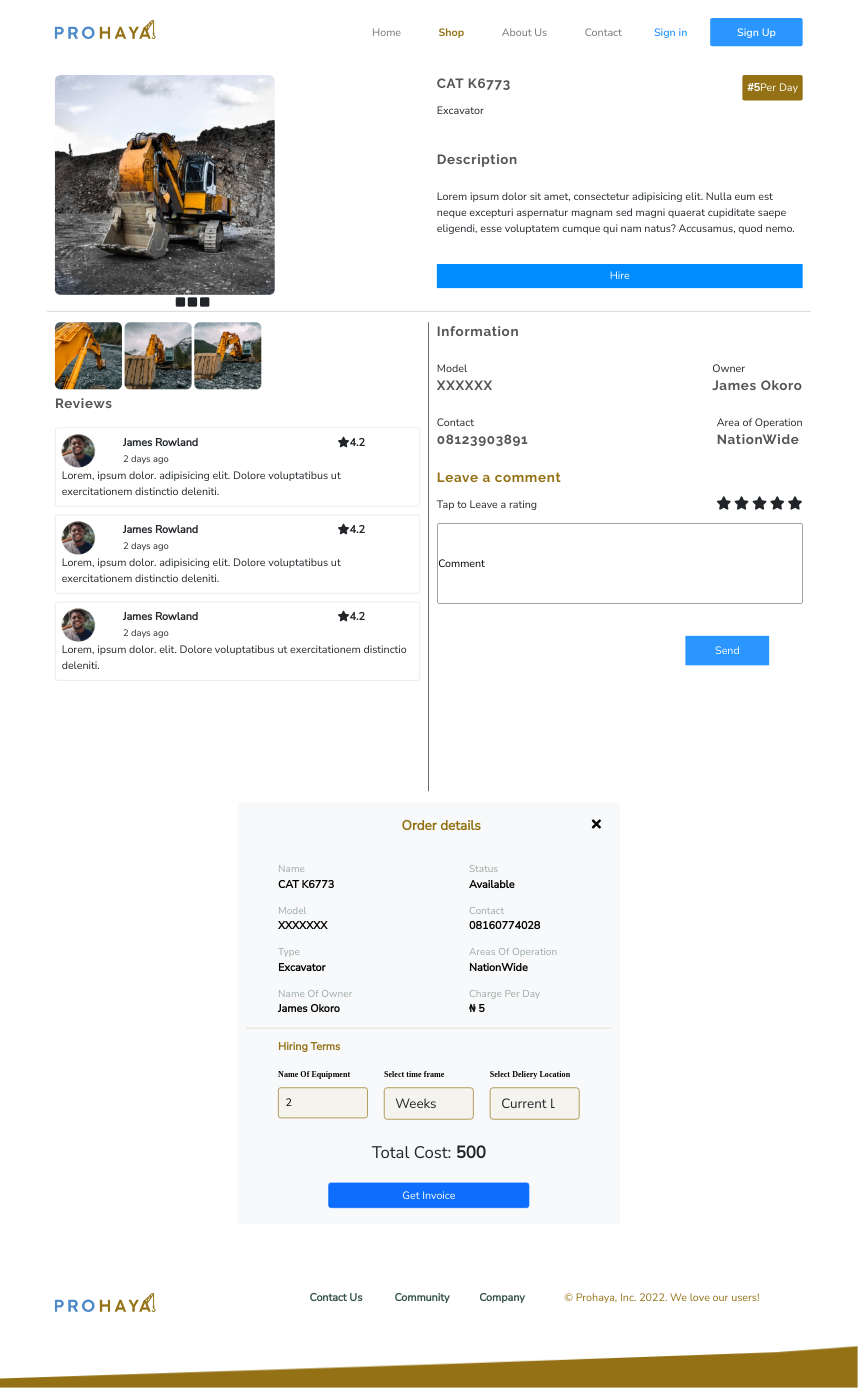
Repository: stormcelltech/Prohaya-UI
Page: equipdetails.html
The author's editor kept a copy of each file at every save. The page is drawn from the files as they stood at one save, then again after the next save.
The browser window is 1280 px wide. The pictures show the whole page, at 67% of full size.
Some web libraries are served in a nearby version.

Above is the page before, as saved 2022-04-21 04:26:27.
Console error: TypeError: $(...).owlCarousel is not a function

### equipdetails.html
<!DOCTYPE html>
<html lang="en">
<head>
    <meta charset="UTF-8">
    <meta http-equiv="X-UA-Compatible" content="IE=edge">
    <meta name="viewport" content="width=device-width, initial-scale=1.0">
    <title>Equipment Details</title>
    <script src="./assets/js/jquery-3.6.0.js"></script>
    <script src="./assets/bootstrap/dist/js/bootstrap.bundle.js"></script>
    <link rel="stylesheet" href="assets/bootstrap/dist/css/bootstrap.css">
    <link rel="stylesheet" href="./assets/css/custom.css">
    <link rel="stylesheet" href="./assets/css/carousel.css">
    <script src="https://kit.fontawesome.com/151ccf5101.js" crossorigin="anonymous"></script>
    <link rel="stylesheet" href="assets/fontawesome/css/all.css">

</head>

<body>
    <nav class="navbar navbar-expand-lg navbar-light custom-navWidth bg-light">
        <div class="container">
            <a class="navbar-brand" href="#"><img src="assets/img/logo/logo.png" class="logo" alt=""></a>
            <button class="navbar-toggler" type="button" data-bs-toggle="collapse" data-bs-target="#navbarSupportedContent" aria-controls="navbarSupportedContent" aria-expanded="false" aria-label="Toggle navigation">
            <span class="navbar-toggler-icon"></span>
          </button>
            <div class="collapse navbar-collapse" id="navbarSupportedContent">
                <ul class="navbar-nav custom-nav-link ms-auto mb-2 mb-lg-0">
                    <li class="nav-item">
                        <a class="nav-link" aria-current="page" href="#">Home</a>
                    </li>
                    <li class="nav-item">
                        <a class="nav-link active custom-active" href="shop.html">Shop</a>
                    </li>

                    <li class="nav-item">
                        <a class="nav-link" href="#">About Us</a>
                    </li>

                    <li class="nav-item">
                        <a class="nav-link" href="#">Contact</a>
                    </li>
                </ul>
                <div class="custom-nav-btn-container">
                    <a href="login.html" class="signin-link">Sign in</a>
                    <a href="signup.html" class="custom-btn-primary">Sign Up</a>
                </div>
            </div>
        </div>
    </nav>




        <div class="equip-detail py-3">
           <div class="flexend"> <!--row-->
                <!-- <div class="spann">  -->
                   <!-- <img src="./assets/img/background/Vector.png" alt="">
                </div> -->

              <div class="equipmain "> <!--col col-md-8 col-sm-12 -->
                <div class="container">
                    <div class="row">
                         <div class="img-main col col-sm-12 col-md-6">
                             <img src="./assets/img/background/unsplash_1je5j4aN2RI.jpg">
                              <div class="dots">
                                <i class="fa-solid fa-square"></i>
                                <i class="fa-solid fa-square"></i>
                                <i class="fa-solid fa-square"></i>
                              </div>
                         </div>
                         <div class="col col-md-6 col-sm-12">
                            <div class="direct">
                                <div class="left">
                                    <h4><strong>CAT K6773</strong></h4>
                                    <p>Excavator</p>
                                </div>
                                <div class="right">
                                      <button class="mybtn" style="color: white;"><strong>#5</strong>Per Day</button>
                                </div>
                            </div>
                            <div class="text-area py-3">
                                <h4 class="py-3"><strong>Description</strong></h4>
                                <p class="pb-4">Lorem ipsum dolor sit amet, consectetur adipisicing elit.
                                   Nulla eum est neque excepturi aspernatur magnam sed magni
                                   quaerat cupiditate saepe eligendi, esse voluptatem cumque
                                   qui nam natus? Accusamus, quod nemo.</p>
                                   <div class="mybtn">Hire</div>
                            </div>
                         </div>
                    </div>
                    <div class="two">


                        <div class="row flex">
                            <hr>
                            <div class="left col col-md-6 col-sm-12">
                               <img src="./assets/img/background/unsplash_fO58WAxzE68.jpg" alt="">
                               <img src="./assets/img/background/unsplash_hGncIpZnSBw.jpg" alt="">
                               <img src="./assets/img/background/unsplash_WoZs8gGyQBY.jpg" alt="">
                               <h4 class="py-2"><strong>Reviews</strong></h4>
                               <div class="border">
                                   <div class="row ">
                                       <div class="col col-md-2 col-sm-12"><img src="./assets/img/background/unsplash_2EGNqazbAMk.jpg" alt="" style="width:50px ;"></div>
                                       <div class="col col-md-7 col-sm-12"><strong>James Rowland</strong><br><span class="primary"><small>2 days ago</small></span></div>
                                       <div class="col col-md-3 col-sm-12"><i class="fa-solid fa-star"></i><strong>4.2</strong></div>
                                   </div>
                                    Lorem, ipsum dolor. adipisicing elit. Dolore voluptatibus ut exercitationem distinctio deleniti.
                               </div>
                               <div class="border">
                                   <div class="row ">
                                       <div class="col col-md-2 col-sm-12"><img src="./assets/img/background/unsplash_2EGNqazbAMk.jpg" alt="" style="width:50px ;"></div>
                                       <div class="col col-md-7 col-sm-12"><strong>James Rowland</strong><br><span><small>2 days ago</small></span></div>
                                       <div class="col col-md-3 col-sm-12"><i class="fa-solid fa-star"></i><strong>4.2</strong></div>
                                   </div>
                                   Lorem, ipsum dolor. adipisicing elit. Dolore voluptatibus ut exercitationem distinctio deleniti.
                               </div>
                               <div class="border">
                                   <div class="row ">
                                       <div class="col col-md-2 col-sm-12"><img src="./assets/img/background/unsplash_2EGNqazbAMk.jpg" alt="" style="width:50px ;"></div>
                                       <div class="col col-md-7 col-sm-12"><strong>James Rowland</strong><br><span><small>2 days ago</small></span></div>
                                       <div class="col col-md-3 col-sm-12"><i class="fa-solid fa-star"></i><strong>4.2</strong></div>
                                   </div>
                                  Lorem, ipsum dolor. elit. Dolore voluptatibus ut exercitationem distinctio deleniti.
                               </div>
                            </div>

                            <div class="right col col-md-6 col-sm-12">
                                <h4><strong>Information</strong></h4>
                                <div class="flex-item pt-3">
                                    <div class="one">Model<h4><strong>XXXXXX</strong></h4></div>
                                    <div class="two">Owner<h4><strong>James Okoro</strong></h4></div>
                                </div>
                                <div class="flex-item pt-3">
                                    <div class="one">Contact<h4><strong>08123903891</strong></h4></div>
                                    <div class="two">Area of Operation<h4><strong>NationWide</strong></h4></div>
                                </div>
                                <h4 class="pt-3" style="color: #937114;"><strong>Leave a comment</strong></h4>
                                <div class="star-area">
                                    <div class="rate"><p>Tap to Leave a rating</p></div>
                                    <div class="rate">
                                        <i class="fa-solid fa-star"></i>
                                        <i class="fa-solid fa-star"></i>
                                        <i class="fa-solid fa-star"></i>
                                        <i class="fa-solid fa-star"></i>
                                        <i class="fa-solid fa-star"></i>
                                    </div>
                                </div>
                                <form class="equip-detail-form">
                                    <input type="text" id="fname" name="firstname" placeholder="Comment">
                                </form>
                                <button class="mybttn mt-5">Send</button>

                            </div>


                        </div>


                   </div>
                </div>

              </div>

                <!-- <div class="spa">
                    <img src="./assets/img/background/Vector.jpg" alt="">
                </div> -->
           </div>
        </div>






    <section class="">
        <div class="container">
            <div class="row  justify-content-center">
                <div class="col-md-6 bg-light">
                    <div class="row  custom-order px-3">
                        <div class="col-8 my-4"><span class="custom-det my-4">Order details</span></div>
                        <div class="col-4 my-4"><a href="#"><i class="fas fa-xmark custom-xmark "></i></a></div>
                    </div>
                    <div class="row my-3">
                        <div class="col-6">
                            <div class="row px-5 text-start">
                                <span class="custom-name-span">Name</span>
                                <span class="custom-cat-span ">CAT K6773</span>
                            </div>
                        </div>
                        <div class="col-6">
                            <div class="row px-5 text-start">
                                <span class="custom-name-span">Status</span>
                                <span class="custom-cat-span">Available</span>
                            </div>
                        </div>
                    </div>
                    <div class="row my-3">
                        <div class="col-6">
                            <div class="row px-5 text-start">
                                <span class="custom-name-span">Model</span>
                                <span class="custom-cat-span">XXXXXXX</span>
                            </div>
                        </div>
                        <div class="col-6">
                            <div class="row px-5 text-start">
                                <span class="custom-name-span">Contact</span>
                                <span class="custom-cat-span">08160774028</span>
                            </div>
                        </div>
                    </div>
                    <div class="row my-3">
                        <div class="col-6">
                            <div class="row px-5 text-start">
                                <span class="custom-name-span">Type</span>
                                <span class="custom-cat-span">Excavator</span>
                            </div>
                        </div>
                        <div class="col-6">
                            <div class="row px-5 text-start">
                                <span class="custom-name-span">Areas Of Operation</span>
                                <span class="custom-cat-span">NationWide</span>
                            </div>
                        </div>
                    </div>
                    <div class="row my-3">
                        <div class="col-6">
                            <div class="row px-5 text-start">
                                <span class="custom-name-span">Name Of Owner</span>
                                <span class="custom-cat-span">James Okoro</span>
                            </div>
                        </div>
                        <div class="col-6">
                            <div class="row px-5 text-start">
                                <span class="custom-name-span">Charge Per Day</span>
                                <span class="custom-cat-span">₦ 5</span>
                            </div>
                        </div>
                    </div>

                    <div>
                        <hr class="custom-hr-color">
                    </div>
                    <div class="row my-3">
                        <div class="col-md-12">
                            <div class="row px-5 text-start">
                                <span class="custom-terms">Hiring Terms</span>
                            </div>
                        </div>
                    </div>
                    <form action="">
                        <div class="row my-3 px-5">
                            <div class="col-md-4">
                                <div class=" ">
                                    <label for="exampleFormControlInput1" class="form-label custom-entry">Name Of Equipment</label>
                                    <input type="text" class="form-control custom-deliver" id="exampleFormControlInput1" placeholder="2">
                                </div>
                            </div>
                            <div class="col-md-4">
                                <div class="">
                                    <label for="exampleFormControlInput1" class="form-label custom-entry">Select time frame</label>
                                    <select class="form-select custom-delivery form-select-lg mb-3" aria-label=".form-select-lg example">
                                        <option selected>Weeks</option>
                                        <option value="1">1</option>
                                        <option value="2">2</option>
                                        <option value="3">3</option>
                                      </select>
                                </div>
                            </div>
                            <div class="col-md-4">
                                <div class="">
                                    <label for="exampleFormControlInput1" class="form-label custom-entry">Select Deliery Location</label>
                                    <select class="form-select custom-delivery form-select-lg mb-3" aria-label=".form-select-lg example">
                                        <option selected>Current Location</option>
                                        <option value="1">Port Harcourt</option>
                                        <option value="2">Lagos</option>
                                        <option value="3">Abuja</option>
                                      </select>
                                </div>
                            </div>
                        </div>
                        <div class="row ">
                            <span class="text-center custom-cost">Total Cost: <strong>500</strong></span>
                        </div>
                        <div class="row custom-invoice-div my-4">
                            <button type="submit" class="btn btn-primary custom-invoice-btn">Get Invoice</button>
                        </div>
                    </form>



                </div>
            </div>
        </div>

    </section>




    <footer class="footer-settings">
        <div class="container">
            <div class="row mt-5">
                <div class="col-md-12">
                    <div class="row">
                        <div class="col-md-4">
                            <div class="logo-brand">
                                <img src="./assets/img/logo/logo.png" alt="">
                            </div>
                        </div>
                        <div class="col-md-4">
                            <div class="col-md-12">
                                <div class="row">
                                    <div class="col-md-4">
                                        <a href="#" class="footer-link">Contact Us</a>
                                    </div>
                                    <div class="col-md-4">
                                        <a href="#" class="footer-link">Community</a>
                                    </div>
                                    <div class="col-md-4">
                                        <a href="#" class="footer-link">Company</a>
                                    </div>
                                </div>
                            </div>
                        </div>
                        <div class="col-md-4">
                            <div class="footer-copyright">
                                © Prohaya, Inc. 2022. We love our users!
                            </div>
                        </div>
                    </div>
                </div>
            </div>


        </div>

    </footer>

    <div class="footer-cover">
    </div>









    <script src="./assets/js/slider.js"></script>

</body>
</html>

Loaded but not shown: assets/js/jquery-3.6.0.js (library); assets/bootstrap/dist/js/bootstrap.bundle.js (library); assets/bootstrap/dist/css/bootstrap.css (library); assets/fontawesome/css/all.css (library); assets/js/slider.js (95 lines, source omitted); assets/css/custom.css (1467 lines, source omitted); assets/css/carousel.css (558 lines, source omitted)

After the next save:
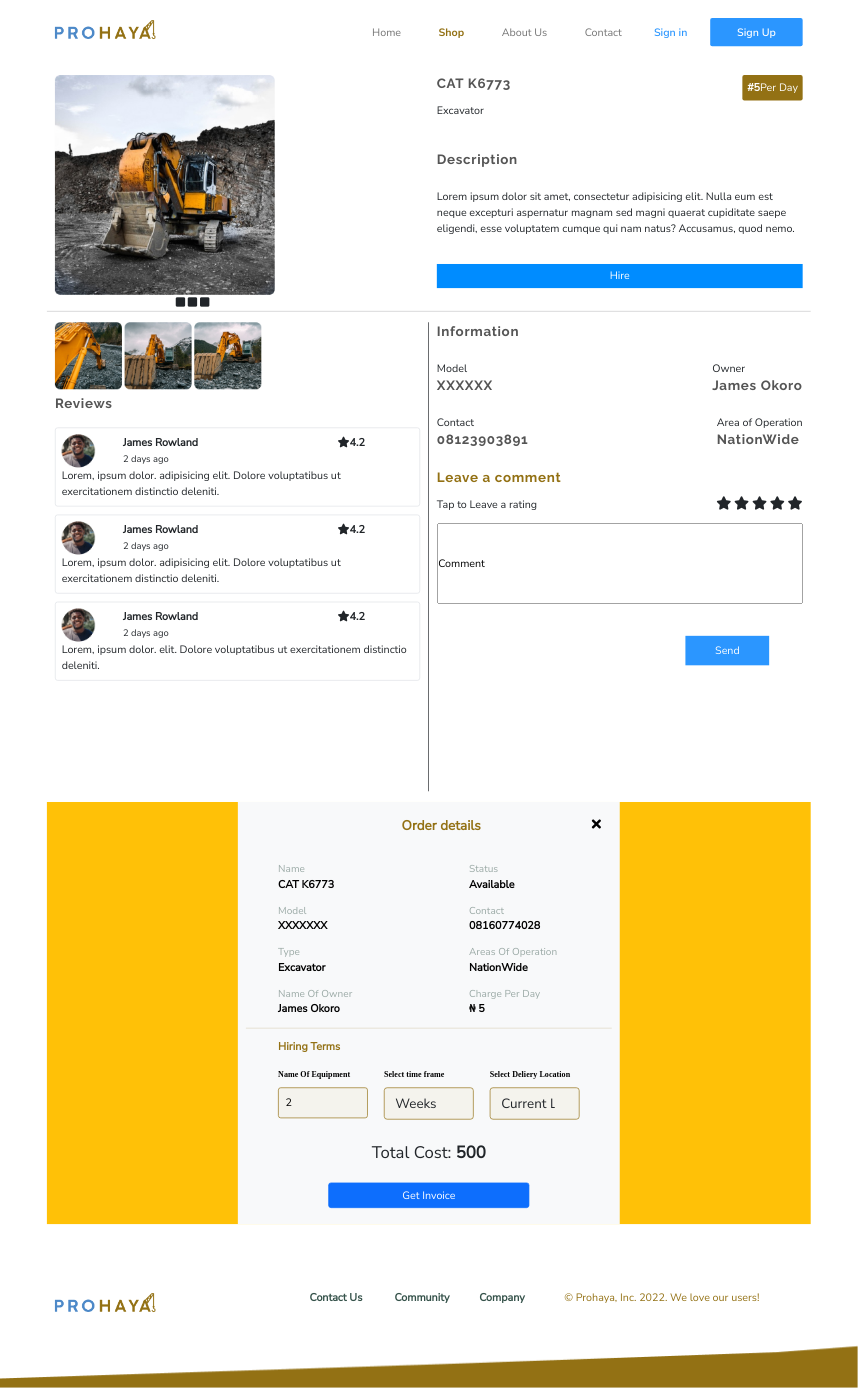
Saved 69 s later.
--- a/equipdetails.html
+++ b/equipdetails.html
@@ -173,7 +173,7 @@
 
     <section class="">
         <div class="container">
-            <div class="row  justify-content-center">
+            <div class="row bg-warning  justify-content-center">
                 <div class="col-md-6 bg-light">
                     <div class="row  custom-order px-3">
                         <div class="col-8 my-4"><span class="custom-det my-4">Order details</span></div>
